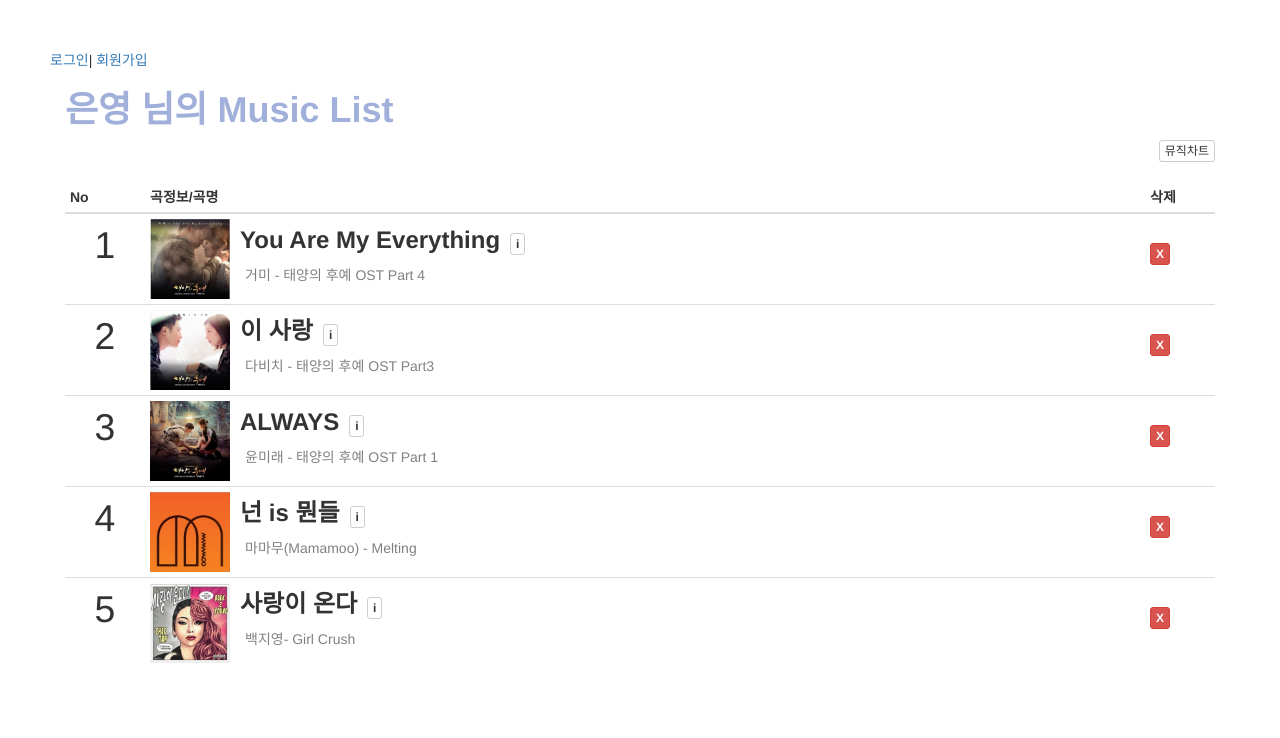
Repository: brotherdoor/shiba
Page: http://localhost/MusicPlay_templete_first/myList.jsp
These files come from the project's save history. The page is drawn as it stood at one moment and after the next save; the edit follows.
The browser window is 1280 px wide. The pictures show the whole page.
The page is served by Tomcat 9.

Above is the page before, as saved 2017-02-22 02:46:24.

After the next save:
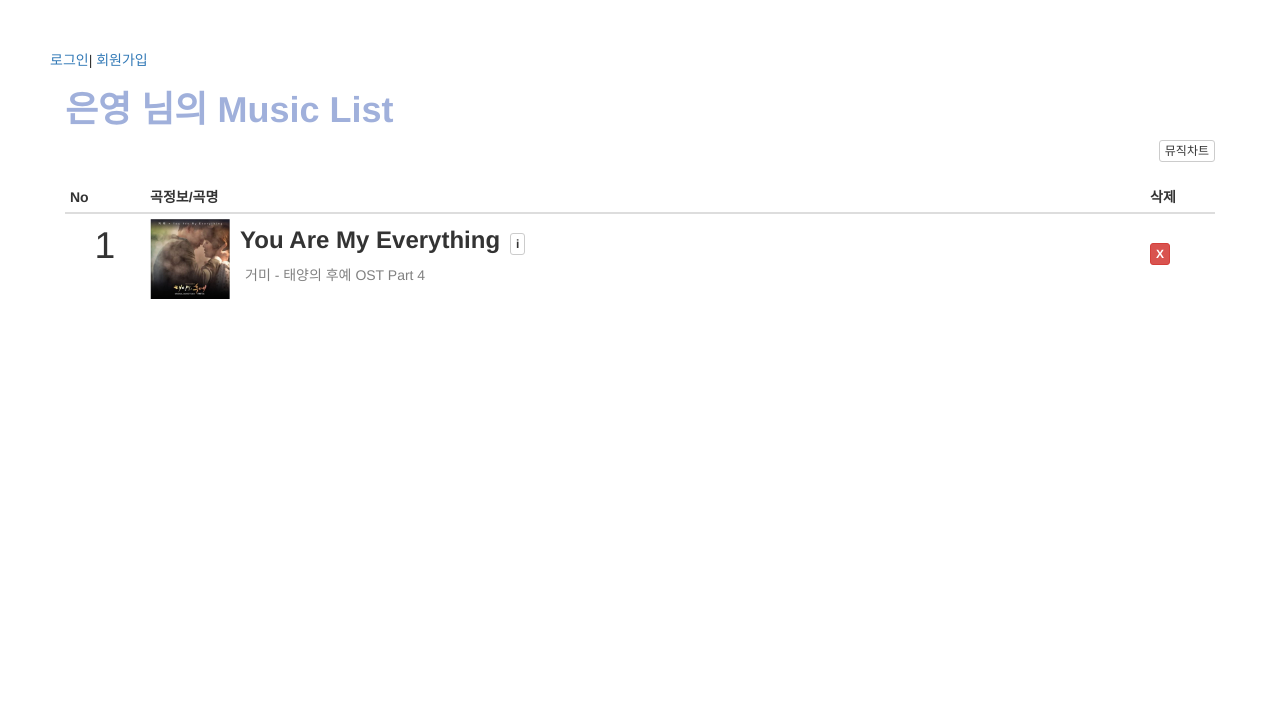
Saved 66 s later.
--- a/jsp/MusicPlay_templete_first/WebContent/myList.jsp
+++ b/jsp/MusicPlay_templete_first/WebContent/myList.jsp
@@ -77,50 +77,6 @@ h1 {
                             </table>
                             <td><a class="btn btn-xs btn-danger btnPlay" ><b> X </b></a></td>
                         </tr>
-                        <tr>
-                            <td class="ranking">2</td>
-                            <td>
-                            <table>
-                            <tr><td rowspan="2"><img class="imgAlbum" src="resources/img/album_2.JPG" ></td>
-                            <td><span class="spanTitle">이 사랑</span><a class="btn btn-xs btn-default" href="detail.html"><b>i</b></a></td>
-                            </tr>
-                            <tr><td><p class="pAlbum">다비치 - 태양의 후예 OST Part3</p></td></tr>
-                            </table>
-                            <td><a class="btn btn-xs btn-danger btnPlay" ><b> X </b></a></td>
-                        </tr>
-                        <tr>
-                            <td class="ranking">3</td>
-                            <td>
-                            <table>
-                            <tr><td rowspan="2"><img class="imgAlbum" src="resources/img/album_3.JPG" ></td>
-                            <td><span class="spanTitle">ALWAYS</span><a class="btn btn-xs btn-default" href="detail.html"><b>i</b></a></td>
-                            </tr>
-                            <tr><td><p class="pAlbum">윤미래 - 태양의 후예 OST Part 1</p></td></tr>
-                            </table>
-                            <td><a class="btn btn-xs btn-danger btnPlay" ><b> X </b></a></td>
-                        </tr>
-                        <tr>
-                            <td class="ranking">4</td>
-                            <td>
-                            <table>
-                            <tr><td rowspan="2"><img class="imgAlbum" src="resources/img/album_4.JPG" ></td>
-                            <td><span class="spanTitle">넌 is 뭔들</span><a class="btn btn-xs btn-default" href="detail.html"><b>i</b></a></td>
-                            </tr>
-                            <tr><td><p class="pAlbum">마마무(Mamamoo) - Melting</p></td></tr>
-                            </table>
-                            <td><a class="btn btn-xs btn-danger btnPlay" ><b> X </b></a></td>
-                        </tr>
-                        <tr>
-                            <td class="ranking">5</td>
-                            <td>
-                            <table>
-                            <tr><td rowspan="2"><img class="imgAlbum" src="resources/img/album_11.JPG" ></td>
-                            <td><span class="spanTitle">사랑이 온다</span><a class="btn btn-xs btn-default" href="detail.html"><b>i</b></a></td>
-                            </tr>
-                            <tr><td><p class="pAlbum">백지영- Girl Crush</p></td></tr>
-                            </table>
-                            <td><a class="btn btn-xs btn-danger btnPlay" ><b> X </b></a></td>
-                        </tr>
 					</tbody>
 				</table>
 			</div>
